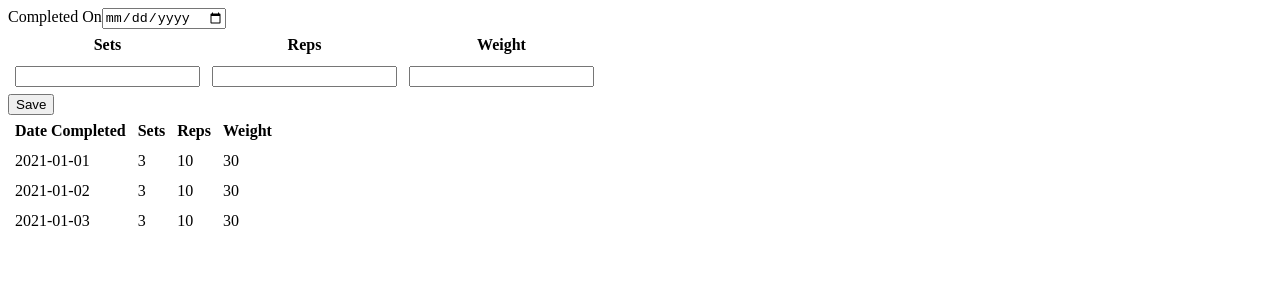
Repository: Kayla-amr/Exercise-Tracking-App
Page: / (app in exerciseTracking/)
The author's editor kept a copy of each file at every save. The page is drawn from the files as they stood at one save, then again after a run of saves.
The browser window is 1280 px wide. The pictures show the whole page.
The project was rebuilt for these pictures with package versions that can differ from the ones it lists, and the page was loaded fresh each time. Also part of the build but not shown: exerciseTracking/vite.config.ts, exerciseTracking/src/assets/main.css.

Above is the page before, as saved 2023-03-17 13:34:48.

After the next 2 saves:
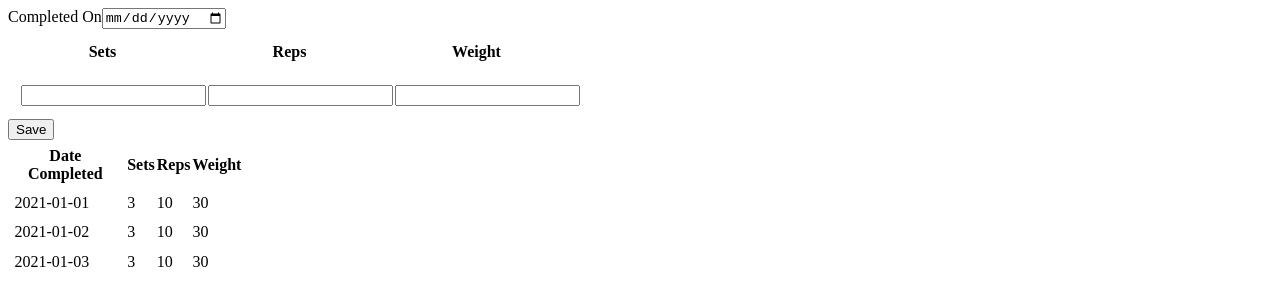
The 2 saves are shown as one change because they came seconds apart.
The last was saved 7 s later.
--- a/exerciseTracking/src/components/trackingHistory.vue
+++ b/exerciseTracking/src/components/trackingHistory.vue
@@ -34,6 +34,6 @@ export default{
 
 <style>
 th, td {
-    padding: 5px;
+    padding: 2%;
 }
 </style>
